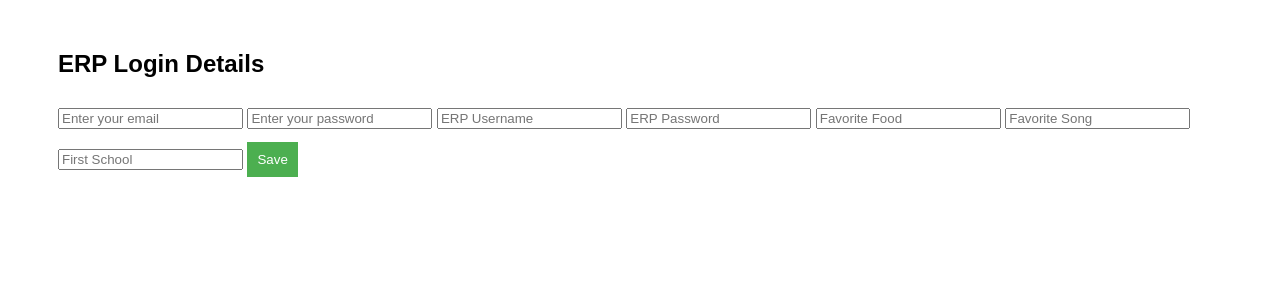
Repository: gopikant21/ERP_AUTO_LOGIN
Page: erp_page.html
An editor plug-in stored every save of this project. The page is shown before and after the next save, followed by the edit.
The browser window is 1280 px wide. The pictures show the whole page.

Above is the page before, as saved 2024-10-08 23:28:04.

After the next save:
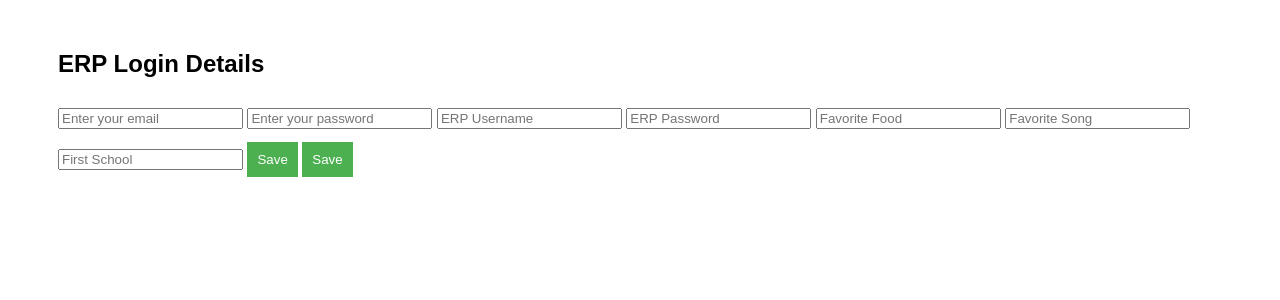
Saved 15 s later.
--- a/erp_page.html
+++ b/erp_page.html
@@ -23,6 +23,7 @@
     <input type="text" id="favorite-song" placeholder="Favorite Song" class="input-field" required>
     <input type="text" id="first-school" placeholder="First School" class="input-field" required>
     <button id="saveBtn">Save</button>
+    <button id="saveBtn">Save</button>
     <p id="msg"></p>
   </div>
 

After the save that followed:
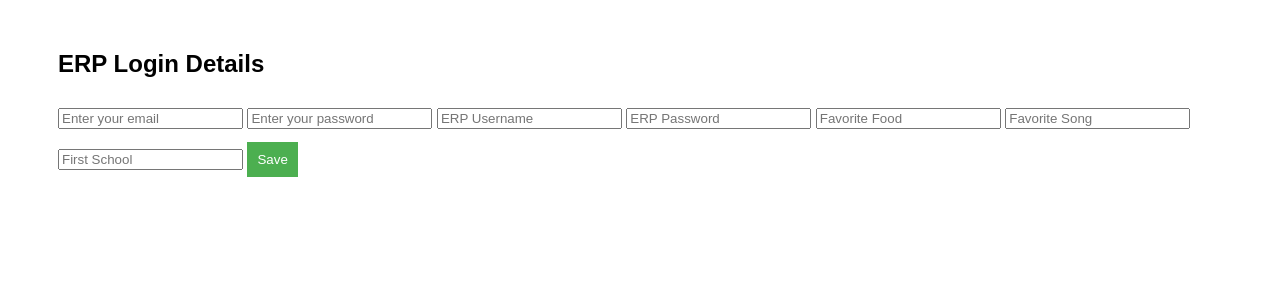
Saved 14 s later.
--- a/erp_page.html
+++ b/erp_page.html
@@ -23,7 +23,6 @@
     <input type="text" id="favorite-song" placeholder="Favorite Song" class="input-field" required>
     <input type="text" id="first-school" placeholder="First School" class="input-field" required>
     <button id="saveBtn">Save</button>
-    <button id="saveBtn">Save</button>
     <p id="msg"></p>
   </div>
 
